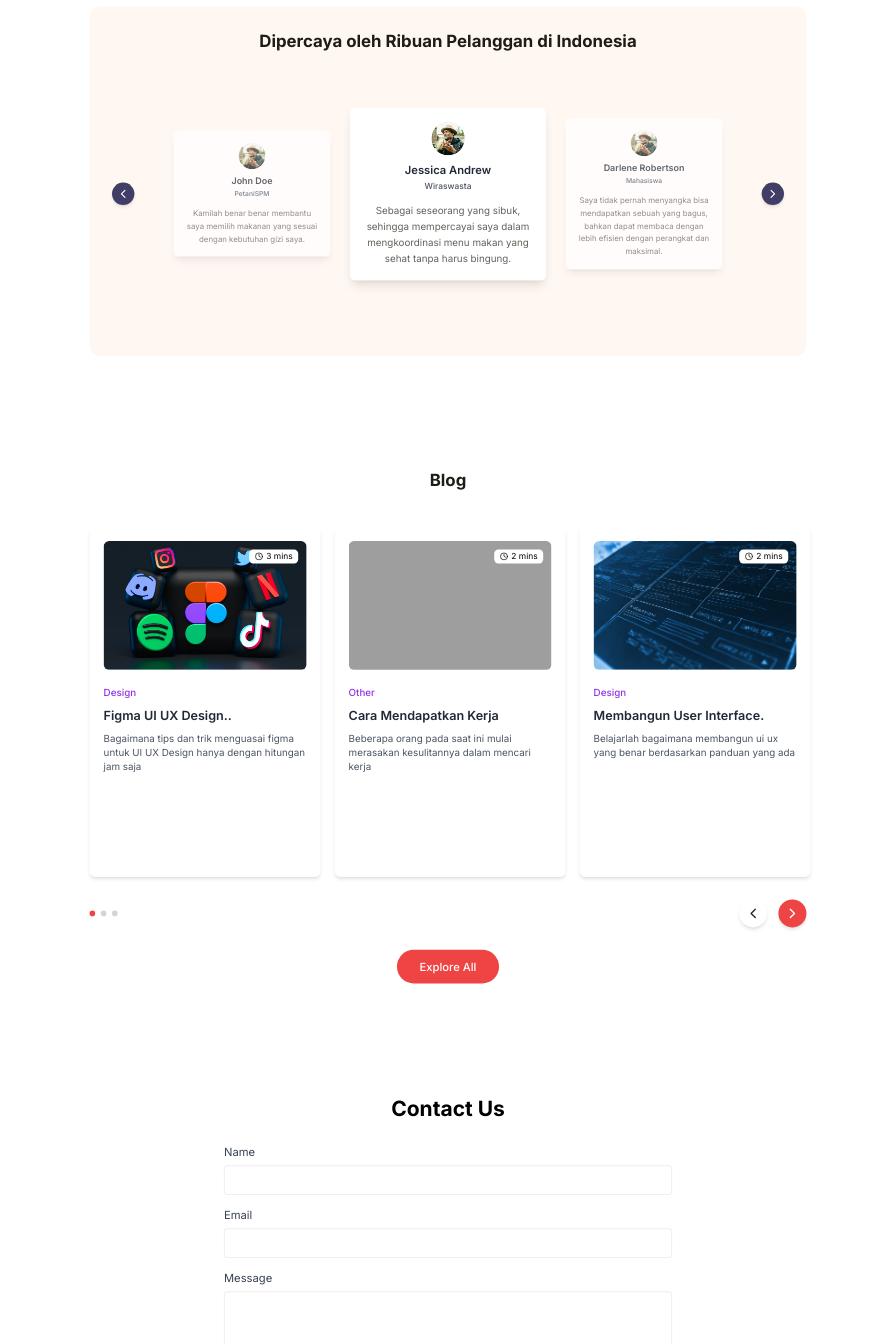
Repository: kalorizeofficial/new-main-web-kalorize
Page: /
The author's editor kept a copy of each file at every save. The page is drawn from the files as they stood at one save, then again after the next save.
The browser window is 1280 px wide. The pictures show the part of the page from y = 607 to 2527 px (the page is 2991 px tall), at 70% of full size.
Pictures or frames that could not be fetched are drawn as grey boxes. The project was rebuilt for these pictures with package versions that can differ from the ones it lists, and the page was loaded fresh each time.

Above is the page before, as saved 2025-02-23 16:27:31.

After the next save:
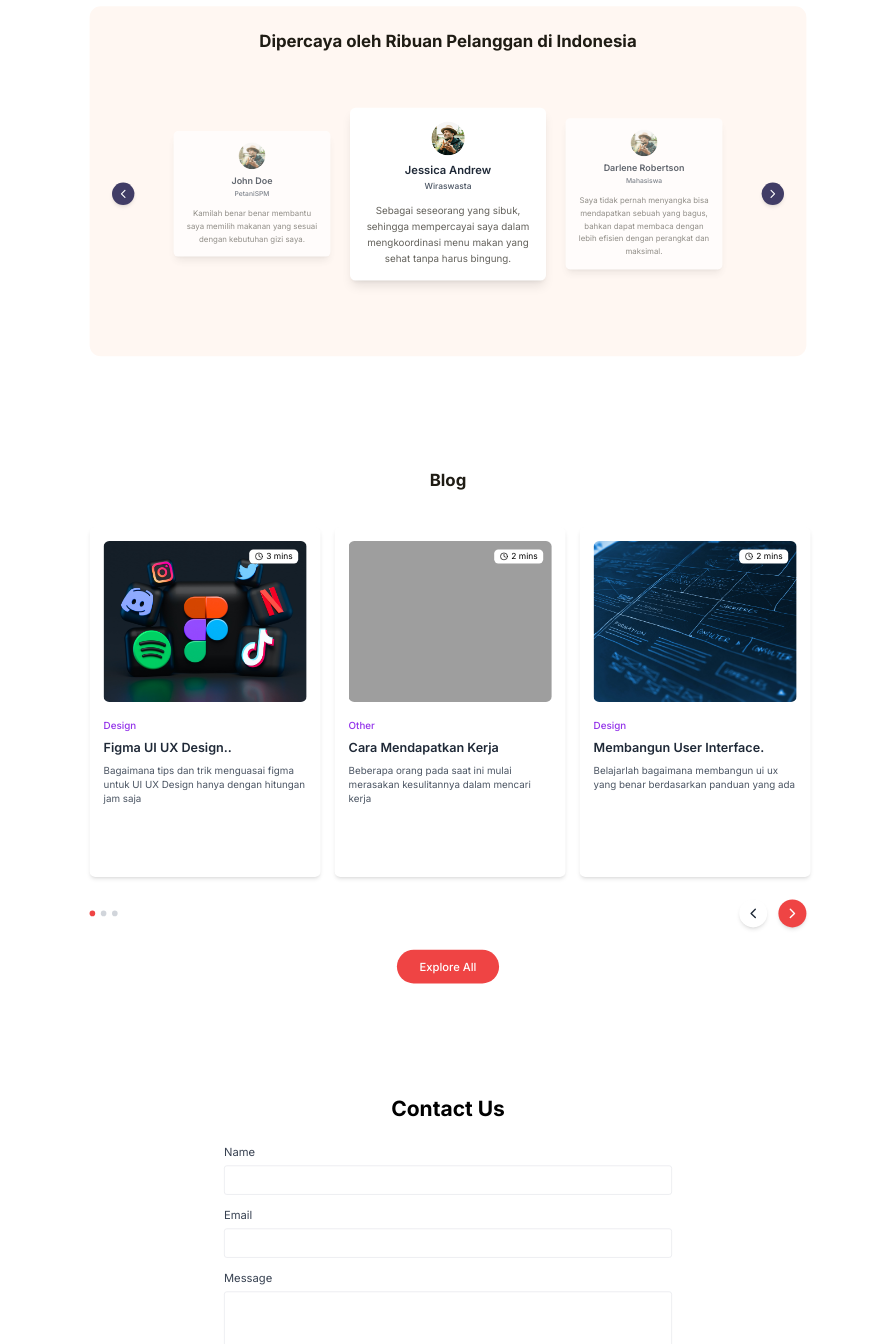
Saved 5 s later.
--- a/src/pages/blog.jsx
+++ b/src/pages/blog.jsx
@@ -75,7 +75,7 @@
                   index === currentSlide ? "opacity-100" : "opacity-100"
                 }`}
               >
-                <div className="h-[40%] relative rounded-lg overflow-hidden">
+                <div className="h-[50%] relative rounded-lg overflow-hidden">
                   <img
                     src={post.image}
                     alt={post.title}
